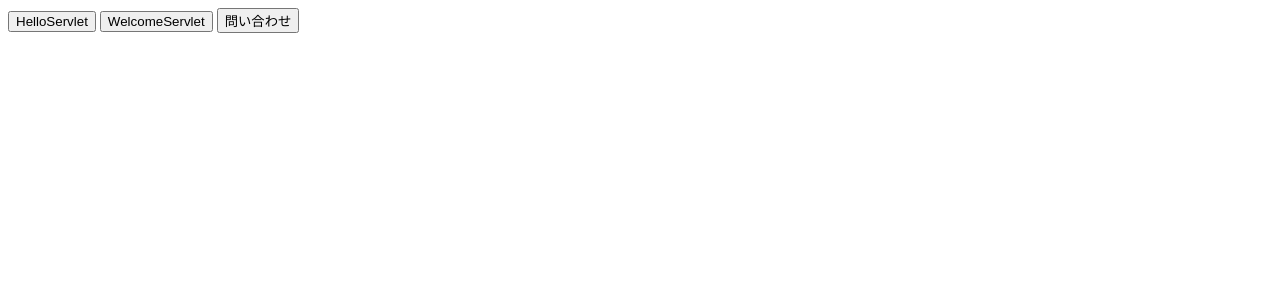
Repository: y-inoue1220/test
Page: http://localhost/HelloServlet/
An editor plug-in stored every save of this project. The page is shown before and after the next save, followed by the edit.
The browser window is 1280 px wide. The pictures show the whole page.
The page is served by Tomcat 9.

Above is the page before, as saved 2019-10-04 11:23:48.

After the next save:
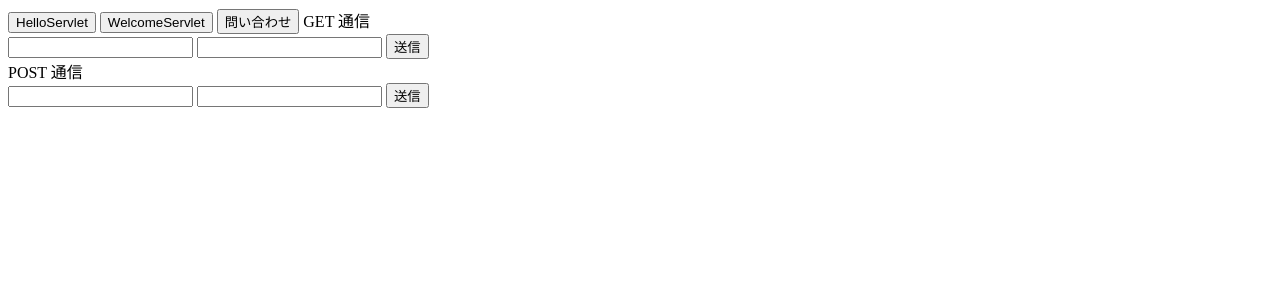
Saved 4 min 27 s later.
--- a/HelloServlet/WebContent/index.jsp
+++ b/HelloServlet/WebContent/index.jsp
@@ -10,6 +10,17 @@
 <input type="button" value="HelloServlet" onClick="location.href='HelloServlet'">
 <input type="button" value="WelcomeServlet" onClick="location.href='welcome.jsp'">
 <input type="button" value="問い合わせ" onClick="location.href='inquiry.jsp'">
+GET 通信
+<form method="get" action="TestServlet">
+<input type="text" name="username">
+<input type="password" name="password">
+<input type="submit" value="送信">
+</form>
+POST 通信
+<form method="post" action="TestServlet">
+<input type="text" name="username">
 
+<input type="password" name="password">
+<input type="submit" value="送信">
 </body>
 </html>
